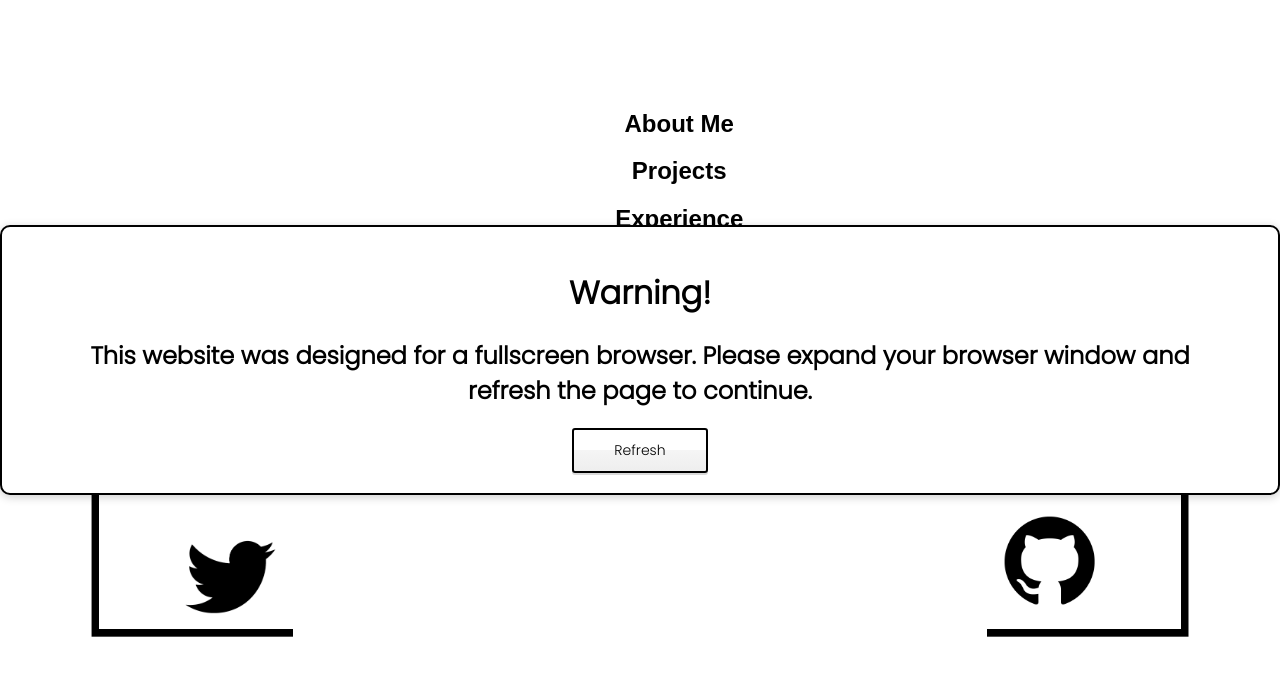
Repository: notMaximilian/maximilianaquino.github.io
Page: index.html
These files come from the project's save history. The page is drawn as it stood at one moment and after the next save; the edit follows.
The browser window is 1280 px wide. The pictures show the whole page.

Above is the page before, as saved 2022-02-09 17:09:51.
Console error: TypeError: Failed to execute 'removeChild' on 'Node': parameter 1 is not of type 'Node'.

After the next save:
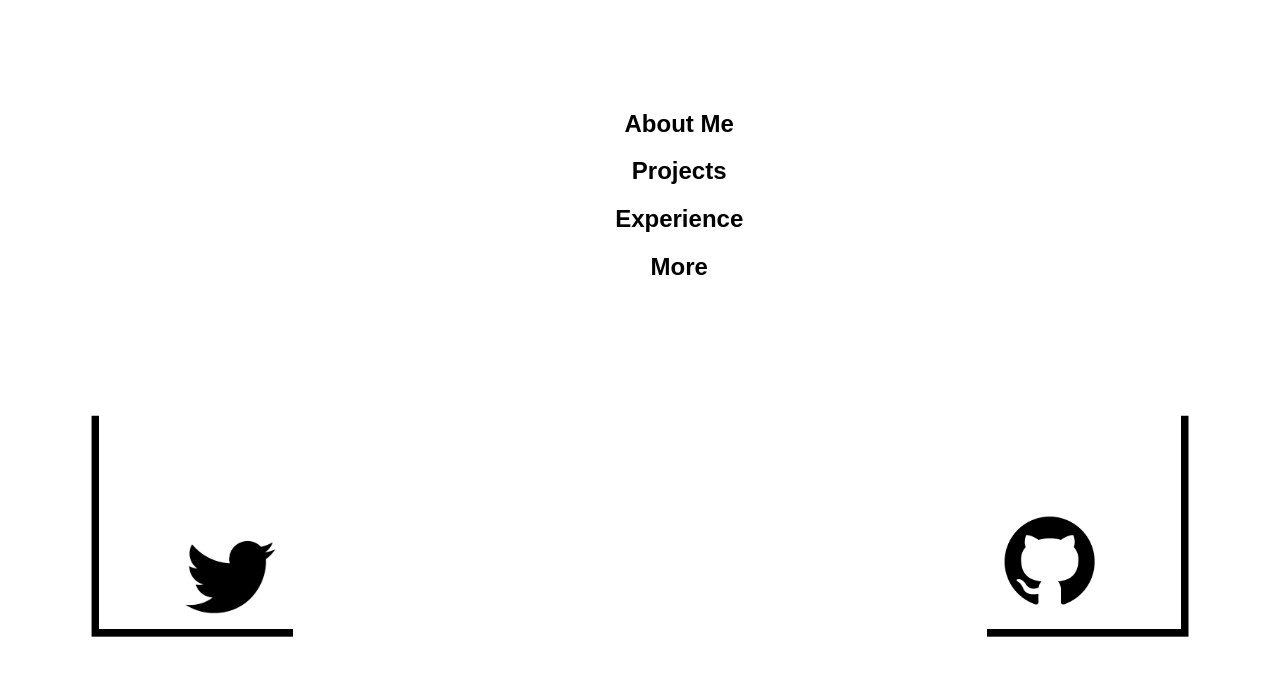
Console error: TypeError: Cannot read properties of null (reading 'style')
Saved 18 min 3 s later.
--- a/index.html
+++ b/index.html
@@ -43,11 +43,11 @@
       <img class="corners" id="cornerR" src="img/cornerR.png">
 
 
-      <div class="congratulations">
+      <!-- <div class="congratulations">
         <h1>Warning!</h1>
         <h2>This website was designed for a fullscreen browser. Please expand your browser window and refresh the page to continue. </h2>
         <button class="btn" onclick="window.location.reload()">Refresh</button>
-      </div>
+      </div> -->
       <div class="game-over">
         <h1>GAME OVER</h1>
         <h2>You lost the game</h2>
